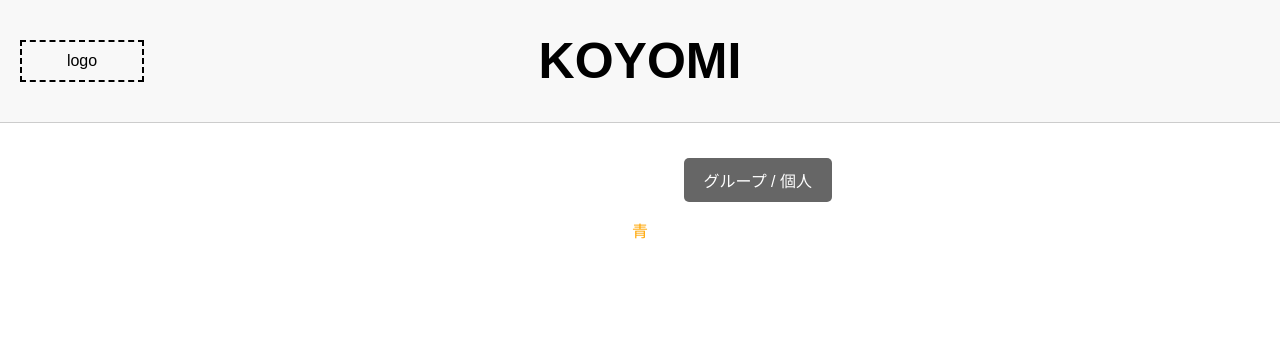
Repository: teramu0602/koyomi
Page: http://localhost/grouplist
The author's editor kept a copy of each file at every save. The page is drawn from the files as they stood at one save, then again after the next save.
The browser window is 1280 px wide. The pictures show the whole page.
Some web fonts or font styles are not loaded; a fallback is used. The page is served by the project's Laravel application, run on PHP 8.4 with Laravel 9. Style sheets and scripts are compiled from the project's sources, by tool versions that may differ from the author's.

Above is the page before, as saved 2025-02-22 10:15:59.

After the next save:
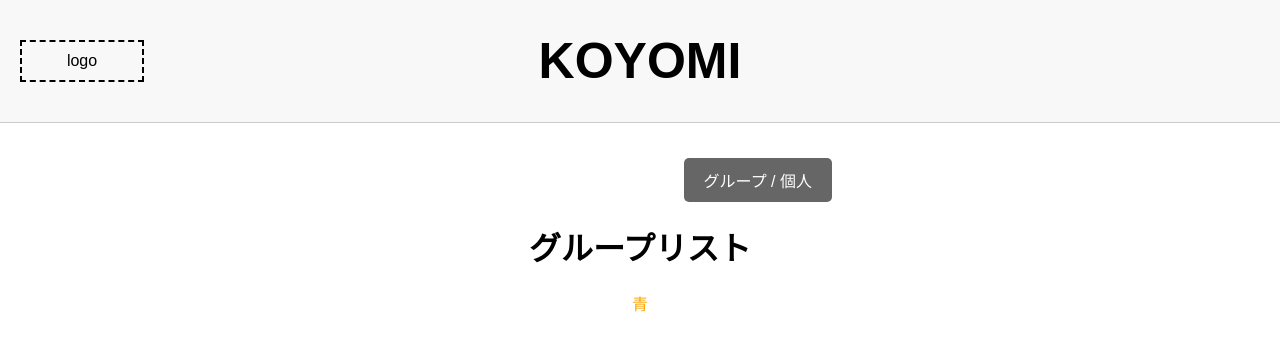
Saved 2 min 49 s later.
--- a/resources/views/admin/group_list.blade.php
+++ b/resources/views/admin/group_list.blade.php
@@ -7,5 +7,6 @@
 <div class = "container">
 <button class="switch_button" onclick="toggleMode()">グループ / 個人</button>
 </div>
+<h1>グループリスト</h1>
 <p class = "purple">青</p>
 @endsection

After the 4 saves that followed:
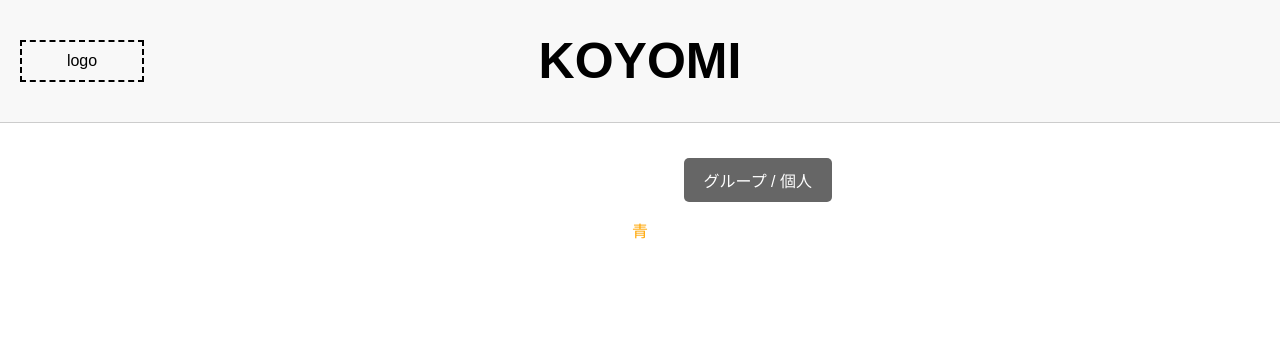
The 4 saves are shown as one change because 3 did not build or start.
The last was saved 11 min 57 s later.
--- a/resources/views/admin/group_list.blade.php
+++ b/resources/views/admin/group_list.blade.php
@@ -1,4 +1,5 @@
 @extends('layouts.admin_calender')
+@section('title', 'グループリスト')
 <head>
 <link href="{{ asset('css/common.admin.css') }}" rel="stylesheet">
 </head>
@@ -7,6 +8,6 @@
 <div class = "container">
 <button class="switch_button" onclick="toggleMode()">グループ / 個人</button>
 </div>
-<h1>グループリスト</h1>
+
 <p class = "purple">青</p>
 @endsection
